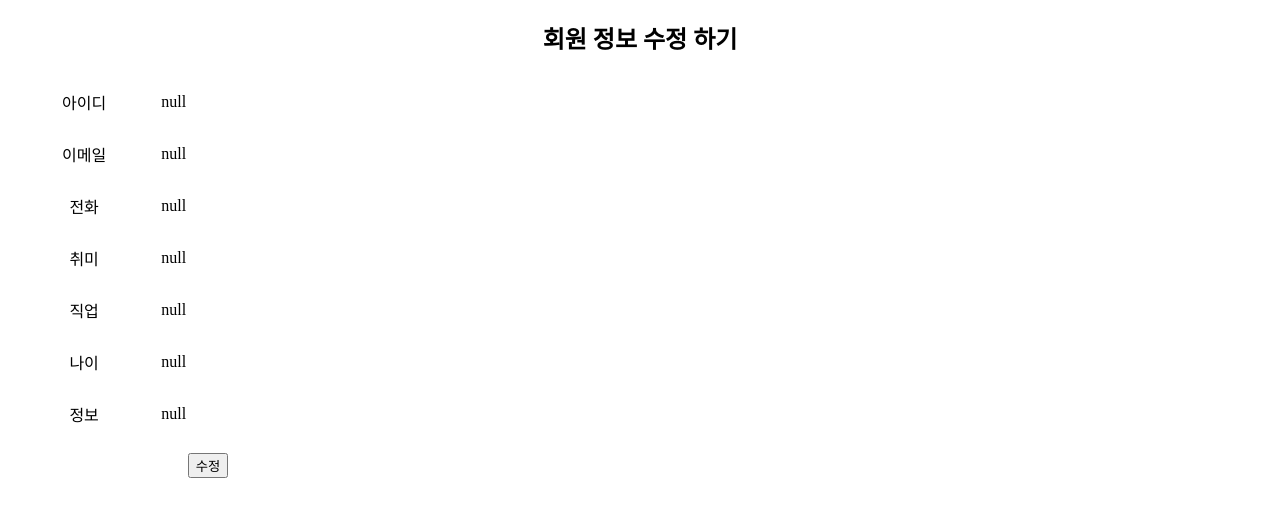
Repository: kdw1437/CreateBoardProject
Page: http://localhost/DataBase/MemberUpdateForm.jsp
The author's editor kept a copy of each file at every save. The page is drawn from the files as they stood at one save, then again after the next save.
The browser window is 1280 px wide. The pictures show the whole page.
The page is served by Tomcat 9. Queries for data that is not in the repository find no rows.

Above is the page before, as saved 2024-08-06 08:51:31.

After the next save:
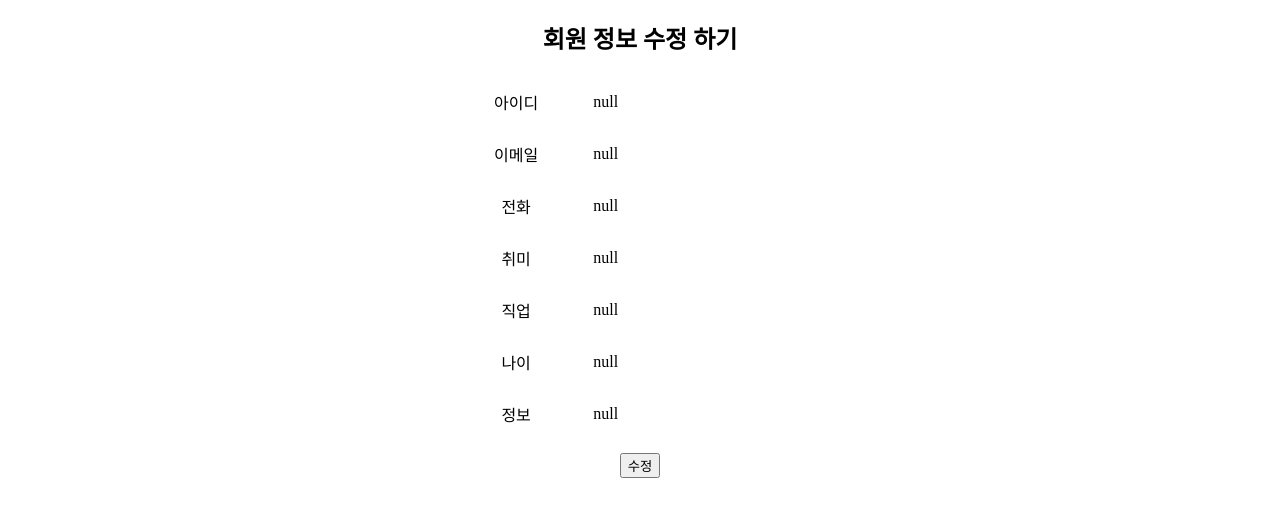
Saved 25 s later.
--- a/DataBase/src/main/webapp/MemberUpdateForm.jsp
+++ b/DataBase/src/main/webapp/MemberUpdateForm.jsp
@@ -16,7 +16,7 @@
 
 <Center>
 <h2> 회원 정보 수정 하기 </h2>
-</Center>
+
 	<table width="400" borders="1">
 	<tr height="50">
 		<td align="center" width="150">아이디</td>
@@ -52,6 +52,7 @@
 	</tr>
 
 	</table>
+</Center>
 </body>
 
 </html>
